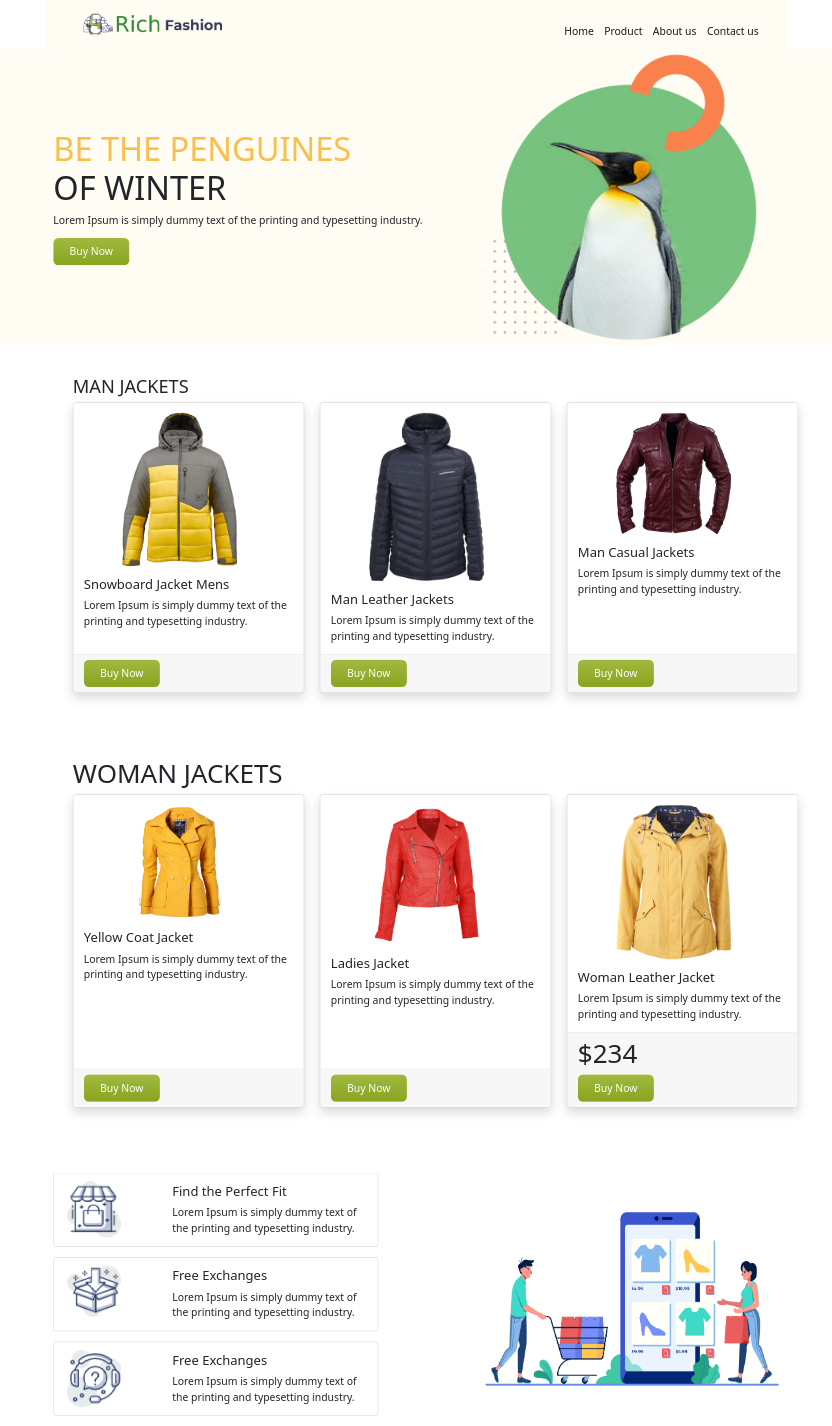
Repository: sabbircse3/fashion
Page: index.html
These files come from the project's save history. The page is drawn as it stood at one moment and after a run of saves; the edit follows.
The browser window is 1280 px wide. The pictures show the whole page, at 65% of full size.

Above is the page before, as saved 2021-01-14 04:12:53.

After the next 3 saves:
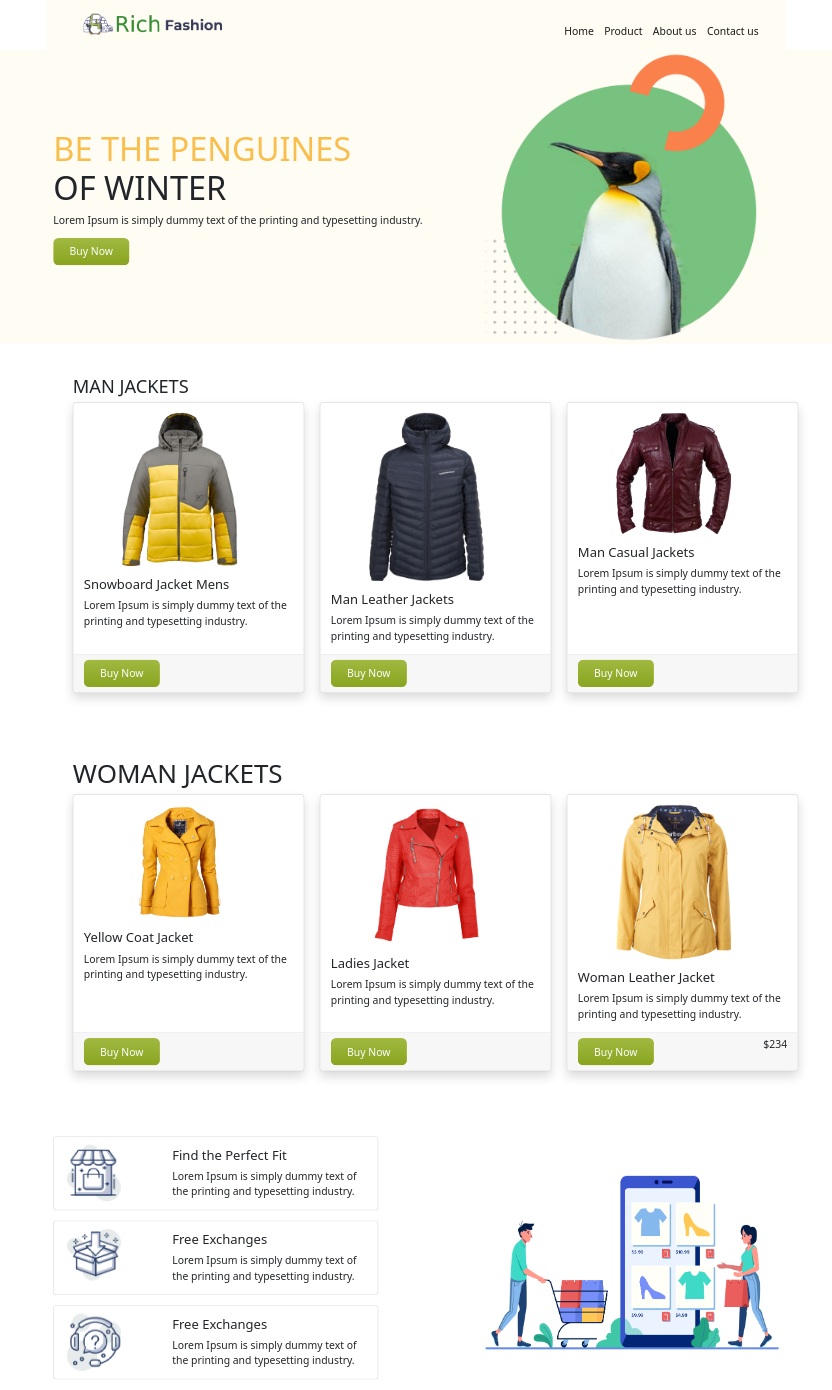
The 3 saves are shown as one change because they came seconds apart.
The last was saved 29 s later.
--- a/index.html
+++ b/index.html
@@ -205,7 +205,7 @@ h4{
                         <p class="card-text">Lorem Ipsum is simply dummy text of the printing and typesetting industry.</p>
                     </div>
                     <div class="card-footer">
-                        <h2>$234</h2>
+                        <h4>$234</h4>
                         <button class="btn btn-warning">Buy Now</button>
                     </div>
                 </div>
